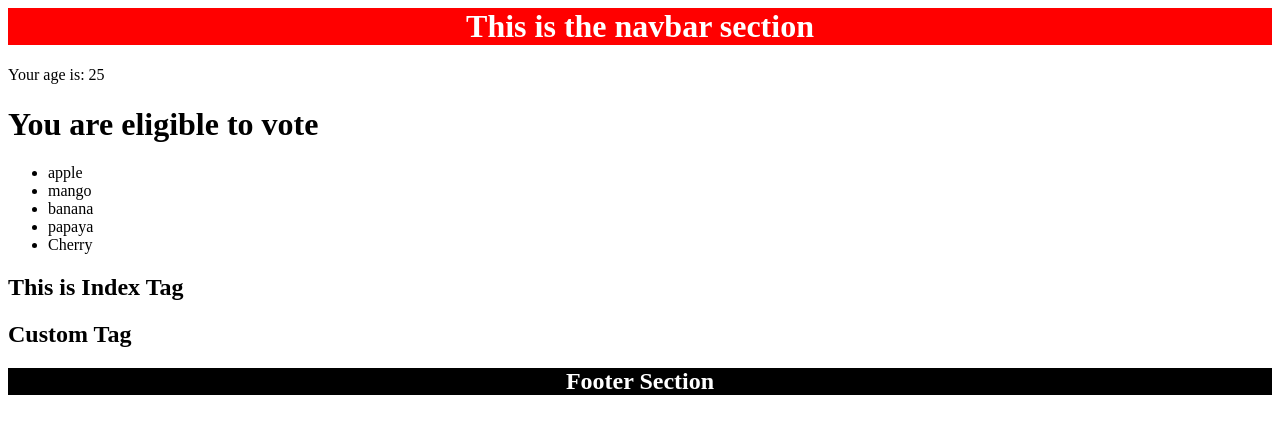
Repository: AkshayKPrajapati/CodingHub
Page: http://localhost/MavenProject/Index.jsp
An editor plug-in stored every save of this project. The page is shown before and after the next save, followed by the edit.
The browser window is 1280 px wide. The pictures show the whole page.
The page is served by Tomcat 9.

Above is the page before, as saved 2025-10-26 00:49:54.

After the next save:
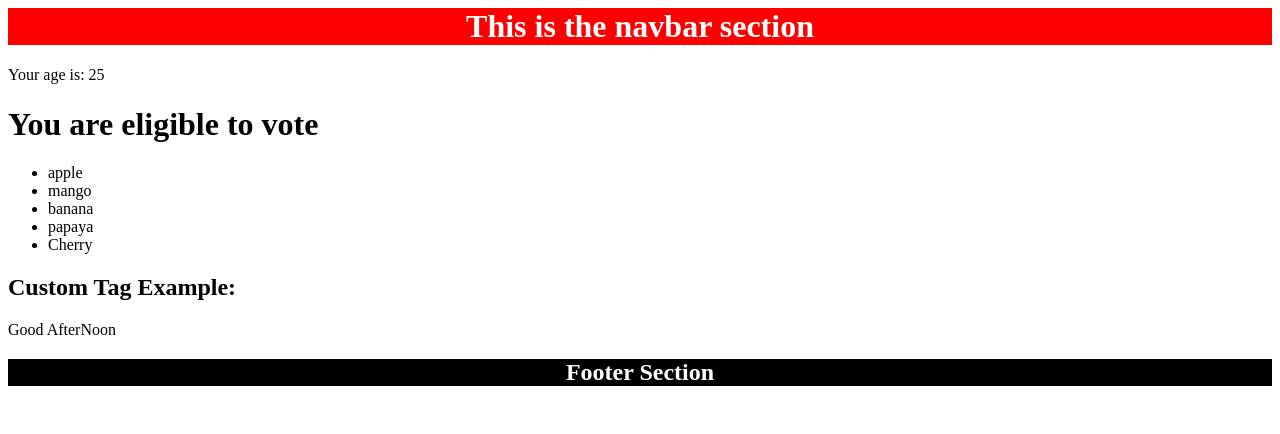
Saved 2 min 48 s later.
--- a/MavenProject/src/main/webapp/Index.jsp
+++ b/MavenProject/src/main/webapp/Index.jsp
@@ -1,6 +1,7 @@
 <%@ page language="java" contentType="text/html; charset=ISO-8859-1"
     pageEncoding="ISO-8859-1"  %>
 <%@ taglib prefix="c" uri="http://java.sun.com/jsp/jstl/core" %>
+<!-- Custom Tag Library -->
 <%@ taglib prefix="d" uri="/WEB-INF/tlds/myTag.tld" %>
 <%@ page isELIgnored="false" %>
 <%@ page errorPage="error.jsp" %>
@@ -42,10 +43,10 @@
         name.length();  // NullPointerException → goes to error.jsp
     %> --%>
 
+    <!-- Custom Tag Usage -->
+    <h2>Custom Tag Example:</h2>
+    <d:Greet />
 
-<h2>This is Index Tag</h2>
-<h2>Custom Tag</h2>
-<d.Greet></d.Greet>
 <%@ include file="Footer.jsp" %>
 
 </body>
